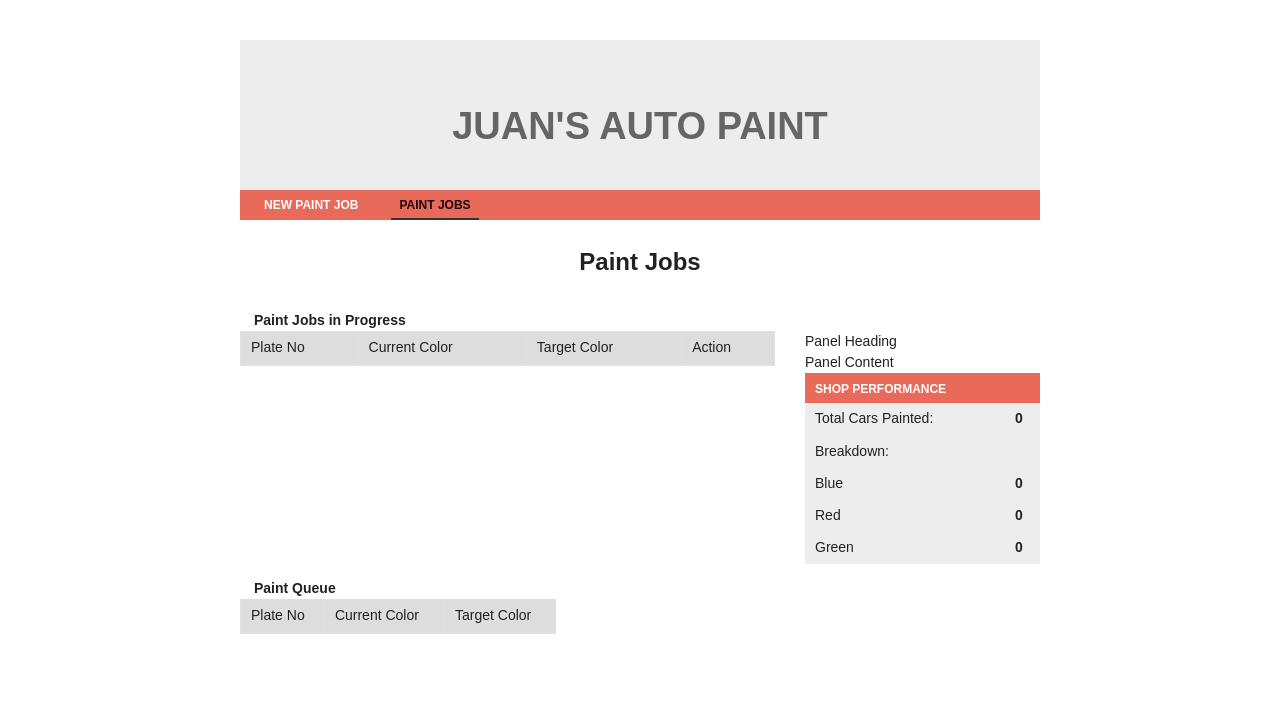
Repository: soycaringal/paint-job
Page: http://localhost/jobs
These files come from the project's save history. The page is drawn as it stood at one moment and after the next save; the edit follows.
The browser window is 1280 px wide. The pictures show the whole page.
The page is served by the project's Laravel application, run on PHP 8.4 with Laravel 8. Other server files are loaded and not shown. Queries for data that is not in the repository find no rows.

Above is the page before, as saved 2020-02-23 19:49:39.

### routes/web.php
<?php

/*
|--------------------------------------------------------------------------
| Web Routes
|--------------------------------------------------------------------------
|
| Here is where you can register web routes for your application. These
| routes are loaded by the RouteServiceProvider within a group which
| contains the "web" middleware group. Now create something great!
|
*/

Route::get('/', 'CarController@index')->name('home');
Route::get('/jobs', 'CarController@jobs')->name('jobs');
Route::post('/car', 'CarController@store')->name('car.store');

// Route::post('/car', function () {

//     return 'aw';
// });

### app/Http/Controllers/CarController.php
<?php

namespace App\Http\Controllers;

use App\Car;
use Illuminate\Http\Request;

class CarController extends Controller
{
    private $car;

    public function __construct(Car $car) {
        $this->car = $car;
    }

    /**
     * Display a listing of the resource.
     *
     * @return \Illuminate\Http\Response
     */
    public function index()
    {
        $cars = $this->car->all();
        return view('home', compact('cars'));
    }

        /**
     * Display a listing of the resource.
     *
     * @return \Illuminate\Http\Response
     */
    public function jobs()
    {
        return view('jobs');
    }

    /**
     * Show the form for creating a new resource.
     *
     * @return \Illuminate\Http\Response
     */
    public function create()
    {
        //
    }

    /**
     * Store a newly created resource in storage.
     *
     * @param  \Illuminate\Http\Request  $request
     * @return \Illuminate\Http\Response
     */
    public function store(Request $request)
    {
        $data = $request->all();

        $car = new Car();
        $car->plate_no = $data['plate_no'];
        $car->current_color = $data['current_color'];
        $car->target_color = $data['target_color'];
        $car->save();

        return redirect('jobs');
    }

    /**
     * Display the specified resource.
     *
     * @param  \App\Car  $car
     * @return \Illuminate\Http\Response
     */
    public function show(Car $car)
    {
        //
    }

    /**
     * Show the form for editing the specified resource.
     *
     * @param  \App\Car  $car
     * @return \Illuminate\Http\Response
     */
    public function edit(Car $car)
    {
        //
    }

    /**
     * Update the specified resource in storage.
     *
     * @param  \Illuminate\Http\Request  $request
     * @param  \App\Car  $car
     * @return \Illuminate\Http\Response
     */
    public function update(Request $request, Car $car)
    {
        $car = $this->car->find($request->id);
        $car->status = 'completed';
        $car->save();
    }

    /**
     * Remove the specified resource from storage.
     *
     * @param  \App\Car  $car
     * @return \Illuminate\Http\Response
     */
    public function destroy(Car $car)
    {
        //
    }
}

### resources/views/jobs.blade.php
@extends('layouts.app')

@section('content')
<div class="paint-jobs-content">
    <section>
        <div class="paint-job-title">
            <h1>Paint Jobs</h1>
        </div>
    </section>
    <div class="paint-jobs-wrapper">
        <section class="car-in-progress">
            <h3>Paint Jobs in Progress</h3>
            <table class="table table-bordered">
                <thead class="thead">
                    <tr>
                        <th scope="col">Plate No</th>
                        <th scope="col">Current Color</th>
                        <th scope="col">Target Color</th>
                        <th scope="col">Action</th>
                    </tr>
                </thead>
                <tbody class="car-in-progress-rows">

                </tbody>
            </table>
        </section>
        <section class="car-performance">
            <div class="panel panel-default">
            <div class="panel-heading">Panel Heading</div>
            <div class="panel-body">Panel Content</div>
            </div>
            <table class="table table-borderless">
                <thead class="thead">
                    <tr>
                        <th scope="col" colspan="2">SHOP PERFORMANCE</th>
                    </tr>
                </thead>
                <tbody class="car-performance-rows">

                </tbody>
            </table>
        </section>
    </div>

    <section class="car-queue row">
        <div class="col-5">
            <h3>Paint Queue</h3>
            <table class="table table-bordered">
                <thead class="thead">
                    <tr>
                        <th scope="col">Plate No</th>
                        <th scope="col">Current Color</th>
                        <th scope="col">Target Color</th>
                    </tr>
                </thead>
                <tbody class="car-queue-rows">

                </tbody>
            </table>
        </div>
    </section>
</div>

<script>
    $(document).ready(() => {
        getData();
        // poll();
    })

    function templatePending(cars) {
        let template = '\
        <tr> \
            <td>{PLATE_NO}</td> \
            <td>{CURRENT_COLOR}</td> \
            <td>{TARGET_COLOR}</td> \
            <td class="text-center">{ACTION}</td> \
        </tr>';

        let result = '';
        cars.forEach(car => {
            const action = '<a onclick="updateStatus(' + car.id + ')" href="javascript:void(0)">Mark as Completed</>'
            let row =  template
                .replace('{PLATE_NO}', car.plate_no)
                .replace('{CURRENT_COLOR}', car.current_color)
                .replace('{TARGET_COLOR}', car.target_color)
                .replace('{ACTION}', action)

            result += row;
        });

        $('.car-in-progress-rows').html(result);
    }

    function templateQueue(cars) {
        let template = '\
        <tr> \
            <td>{PLATE_NO}</td> \
            <td>{CURRENT_COLOR}</td> \
            <td>{TARGET_COLOR}</td> \
        </tr>';

        let result = '';
        cars.forEach(car => {
            const action = '<a onclick="updateStatus(' + car.id + ')" href="javascript:void(0)">Mark as Completed</>'
            let row =  template
                .replace('{PLATE_NO}', car.plate_no)
                .replace('{CURRENT_COLOR}', car.current_color)
                .replace('{TARGET_COLOR}', car.target_color)

            result += row;
        });

        $('.car-queue-rows').html(result);
    }

    function templatePerformance(car) {
        let template = '\
        <tr> \
            <td>Total Cars Painted:</td> \
            <td>{TOTAL_CARS}</td> \
        </tr> \
        <tr> \
            <td colspan="2">Breakdown:</td> \
        </tr> \
        <tr> \
            <td>Blue</td> \
            <td>{TOTAL_BLUE}</td> \
        </tr> \
        <tr> \
            <td>Red</td> \
            <td>{TOTAL_RED}</td> \
        </tr> \
        <tr> \
            <td>Green</td> \
            <td>{TOTAL_GREEN}</td> \
        </tr>';

        let result =  template
            .replace('{TOTAL_CARS}', car.total_cars)
            .replace('{TOTAL_BLUE}', car.total_blue)
            .replace('{TOTAL_RED}', car.total_red)
            .replace('{TOTAL_GREEN}', car.total_green)

        $('.car-performance-rows').html(result);
    }

    function updateStatus(id) {
        $.post('/api/car', {id: id})
        .then((res) => {
            console.log(res);
        });
    }

    async function getData()  {
        await $.get('/api/cars')
        .then((result) => {
            templatePending(result.pending);
            templateQueue(result.queue);
        });

        await $.get('/api/cars/performance')
        .then((result) => {
            templatePerformance(result);
        });
    }

    function poll() {
        setTimeout(() => {
            getData()
            .then(poll())
        }, 3000);
    }
</script>


@endsection

### resources/views/layouts/app.blade.php
<!DOCTYPE html>
<html lang="{{ str_replace('_', '-', app()->getLocale()) }}">
    <head>
        <meta charset="utf-8">
        <meta name="viewport" content="width=device-width, initial-scale=1">

        <title>Laravel</title>

        <!-- Fonts -->
        <link href="https://fonts.googleapis.com/css?family=Nunito:200,600" rel="stylesheet">
        <link rel="stylesheet" href="https://stackpath.bootstrapcdn.com/bootstrap/4.1.3/css/bootstrap.min.css" integrity="sha384-MCw98/SFnGE8fJT3GXwEOngsV7Zt27NXFoaoApmYm81iuXoPkFOJwJ8ERdknLPMO" crossorigin="anonymous">
        <script src="https://code.jquery.com/jquery-3.3.1.slim.min.js" integrity="sha384-q8i/X+965DzO0rT7abK41JStQIAqVgRVzpbzo5smXKp4YfRvH+8abtTE1Pi6jizo" crossorigin="anonymous"></script>
        <script src="https://cdnjs.cloudflare.com/ajax/libs/popper.js/1.14.3/umd/popper.min.js" integrity="sha384-ZMP7rVo3mIykV+2+9J3UJ46jBk0WLaUAdn689aCwoqbBJiSnjAK/l8WvCWPIPm49" crossorigin="anonymous"></script>
        <script src="https://stackpath.bootstrapcdn.com/bootstrap/4.1.3/js/bootstrap.min.js" integrity="sha384-ChfqqxuZUCnJSK3+MXmPNIyE6ZbWh2IMqE241rYiqJxyMiZ6OW/JmZQ5stwEULTy" crossorigin="anonymous"></script>
        <link href="/css/main.css" rel="stylesheet">
        <script src="https://code.jquery.com/jquery-3.4.1.min.js"
                integrity="sha256-CSXorXvZcTkaix6Yvo6HppcZGetbYMGWSFlBw8HfCJo=" crossorigin="anonymous"></script>
    </head>
    <body>
        <div class="car-container">
            <header>
                <div class="jumbotron text-center">
                    <h1>Juan's Auto Paint</h1>
                </div>
                <nav class="navbar navbar-expand-lg navbar-light">
                    <div class="collapse navbar-collapse" id="navbarText">
                        <ul class="navbar-nav mr-auto">
                            <li class="nav-item {{ Route::is('home') ? 'active' : '' }}">
                                <a class="nav-link" href="/">NEW PAINT JOB</a>
                            </li>
                            <li class="nav-item {{ Route::is('jobs') ? 'active' : '' }}">
                                <a class="nav-link" href="/jobs">PAINT JOBS</a>
                            </li>
                            </li>
                        </ul>
                    </div>
                </nav>
            </header>
            <main>
                @yield('content')
            </main>
        </div>
    </body>
</html>

### public/css/main.css
body {
    font-family: Arial;
    color: #212121;
}

header {
    margin-top: 40px;
}

header .jumbotron {
    background-color: #ededed;
    border-radius: 0;
    height: 150px;
    margin-bottom: 0;
}

header h1 {
    color: #656565;
    font-family: 'arial';
    font-size: 38px;
    font-weight: bold;
    text-transform: uppercase;
}

.car-container {
    margin: 0 auto;
    width: 800px;
}

.navbar {
    background-color: #e9695b;
    height: 30px;
    font-size: 12px;
}

.navbar .nav-item a {
    color: #333333;
    font-weight: bold;
    margin-right: 25px;
}

.navbar-light .navbar-nav .nav-item.active .nav-link {
    padding-bottom: 4px;
    border-bottom: 2px solid #333;
}

.navbar-light .navbar-nav .nav-link {
    color: #FFFFFF;
}

.paint-job-title h1 {
    text-align: center;
    font-size: 24px;
    font-weight: bold;
    margin-top: 28px;
}

.paint-job-images {
    margin-top: 30px;
}

.paint-job-images figure {
    text-align: center;
}

.car-details {
    margin-left: 15px;
    margin-top: 25px;
    font-size: 14px;
    color: #212121;
}

.car-details h2 {
    font-size: 16px;
    font-weight: bold;
}

.car-details button {
    background-color: #e9695b;
    color: #FFFFFF;
    font-size: 14px;
    border-radius: 0;
    width: 150px;
}

.paint-jobs-content {
    font-size: 14px;
}

.paint-jobs-content h3 {
    font-size: 14px;
    font-weight: bold;
    margin-left: 14px;
    margin-bottom: 2px;
}

.paint-jobs-content .table .thead th, .paint-jobs-content .table tbody td {
    padding: .4em;
    font-weight: normal;
    padding-left: 10px;
}

.paint-jobs-content .table .thead {
    background-color: #dddddd;
    height: 30px;
}

.paint-jobs-content .car-performance .table .thead th {
    font-weight: bold;
}

.paint-jobs-content .car-performance .table .thead {
    background-color: #e9695b;
    color: #FFFFFF;
    font-size: 12px;
}

.paint-jobs-content .car-performance .table tbody {
    background-color: #ededed;
}

.paint-jobs-content .car-in-progress tbody a {
    color: #e9695b;
    font-weight: bold;
}

.paint-jobs-content .car-in-progress {
    width: 535px;
}

.paint-jobs-content .car-performance {
    margin-top: 19px;
    margin-left: 30px;
    width: 235px;
}

.paint-jobs-content .paint-jobs-wrapper {
    display: flex;
    margin-top: 35px;
}

.paint-jobs-content .car-performance-rows tr td:nth-child(2) {
    font-weight: bold;
}

Loaded but not shown: app/Http/Controllers/Controller.php (common file); app/Car.php (common file)

After the next save:
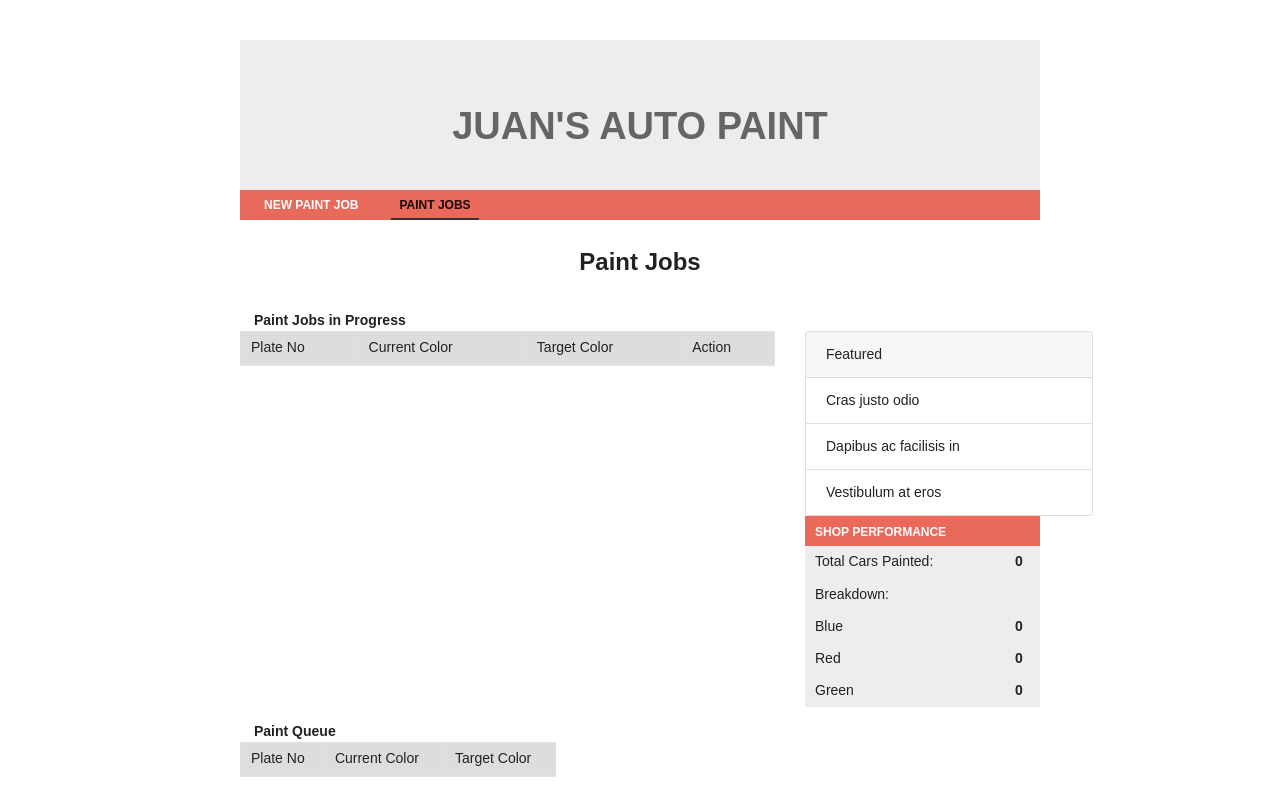
Saved 109 s later.
--- a/resources/views/jobs.blade.php
+++ b/resources/views/jobs.blade.php
@@ -25,9 +25,15 @@
             </table>
         </section>
         <section class="car-performance">
-            <div class="panel panel-default">
-            <div class="panel-heading">Panel Heading</div>
-            <div class="panel-body">Panel Content</div>
+            <div class="card" style="width: 18rem;">
+                <div class="card-header">
+                    Featured
+                </div>
+                <ul class="list-group list-group-flush">
+                    <li class="list-group-item">Cras justo odio</li>
+                    <li class="list-group-item">Dapibus ac facilisis in</li>
+                    <li class="list-group-item">Vestibulum at eros</li>
+                </ul>
             </div>
             <table class="table table-borderless">
                 <thead class="thead">
